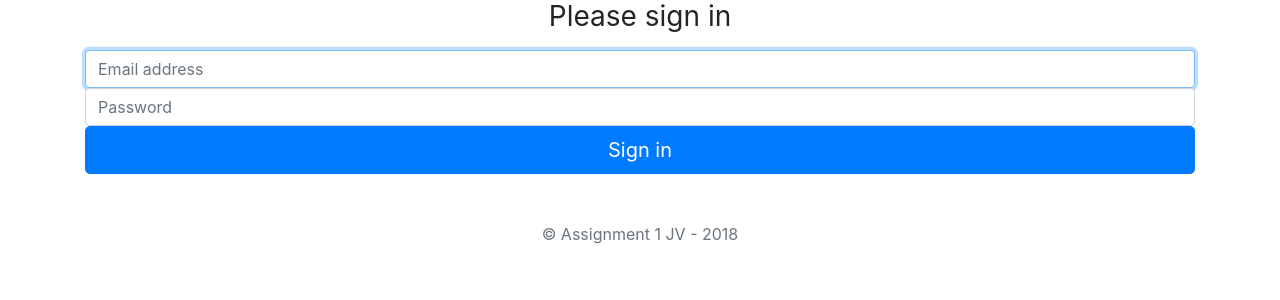
Repository: Yodilicious/PROG3060Assignment1
Page: http://localhost/PROG3060Assignment1JV/
An editor plug-in stored every save of this project. The page is shown before and after the next save, followed by the edit.
The browser window is 1280 px wide. The pictures show the whole page.
Some web libraries are served in a nearby version. The page is served by Tomcat 9. Other server files are loaded and not shown.

Above is the page before, as saved 2018-02-19 15:08:18.

### PROG3060Assignment1JV/WebContent/html/Login.jsp
<!--
 *  PROG3060
 *   @author Jodi Visser
 *   Assignment 1: JDBC Application using CanadaCensusDB
 *		Login.jsp
 *   	Date Created: February 16, 2018
-->


<%@ page language="java" contentType="text/html; charset=ISO-8859-1"
    pageEncoding="ISO-8859-1" %>
<!DOCTYPE html PUBLIC "-//W3C//DTD HTML 4.01 Transitional//EN" "http://www.w3.org/TR/html4/loose.dtd">
<html>
<head>
<meta charset="utf-8">
<meta name="viewport" content="width=device-width, initial-scale=1, shrink-to-fit=no">
<link rel="stylesheet" href="https://maxcdn.bootstrapcdn.com/bootstrap/4.0.0/css/bootstrap.min.css" integrity="sha384-Gn5384xqQ1aoWXA+058RXPxPg6fy4IWvTNh0E263XmFcJlSAwiGgFAW/dAiS6JXm" crossorigin="anonymous">
<link href="PROG3060Assignment1JV/css/signin.css" rel="stylesheet">
<title>Assignment 1 - Canada Census</title>
</head>
<body class="text-center">
    <div class="container">
	    <form class="form-signin" method="get" action="LoginProcess">
	      <h1 class="h3 mb-3 font-weight-normal">Please sign in</h1>
	      <label for="inputEmail" class="sr-only">Email address</label>
	      <input type="email" id="inputEmail" name="email" class="form-control" placeholder="Email address" required autofocus>
	      <label for="inputPassword" class="sr-only">Password</label>
	      <input type="password" id="inputPassword" name="password" class="form-control" placeholder="Password" required>
	      <button class="btn btn-lg btn-primary btn-block" type="submit">Sign in</button>
	      <p class="mt-5 mb-3 text-muted">&copy; Assignment 1 JV - 2018</p>
	    </form>
	</div>
	<script src="https://code.jquery.com/jquery-3.2.1.slim.min.js" integrity="sha384-KJ3o2DKtIkvYIK3UENzmM7KCkRr/rE9/Qpg6aAZGJwFDMVNA/GpGFF93hXpG5KkN" crossorigin="anonymous"></script>
	<script src="https://cdnjs.cloudflare.com/ajax/libs/popper.js/1.12.9/umd/popper.min.js" integrity="sha384-ApNbgh9B+Y1QKtv3Rn7W3mgPxhU9K/ScQsAP7hUibX39j7fakFPskvXusvfa0b4Q" crossorigin="anonymous"></script>
	<script src="https://cdnjs.cloudflare.com/ajax/libs/tether/1.4.0/js/tether.min.js" integrity="sha384-DztdAPBWPRXSA/3eYEEUWrWCy7G5KFbe8fFjk5JAIxUYHKkDx6Qin1DkWx51bBrb" crossorigin="anonymous"></script>
	<script src="https://maxcdn.bootstrapcdn.com/bootstrap/4.0.0/js/bootstrap.min.js" integrity="sha384-JZR6Spejh4U02d8jOt6vLEHfe/JQGiRRSQQxSfFWpi1MquVdAyjUar5+76PVCmYl" crossorigin="anonymous"></script>

</body>
</html>

### PROG3060Assignment1JV/src/prog3060/assignment1/jvisser/servlets/Login.java
/*
 *  PROG3060
 *   @author Jodi Visser
 *   Assignment 1: JDBC Web Application using CanadaCensusDB
 *		Login.java
 *   	Date Created: February 16, 2018
 */

package prog3060.assignment1.jvisser.servlets;

import java.io.IOException;

import javax.servlet.ServletException;
import javax.servlet.annotation.WebServlet;
import javax.servlet.http.HttpServlet;
import javax.servlet.http.HttpServletRequest;
import javax.servlet.http.HttpServletResponse;

@WebServlet("/")
public class Login extends HttpServlet {

	/**
	 *
	 */
	private static final long serialVersionUID = 1L;

	@Override
	protected void doGet(HttpServletRequest req, HttpServletResponse resp) throws ServletException, IOException {

		req.getRequestDispatcher("/html/Login.jsp").forward(req, resp);
	}
}

After the next save:
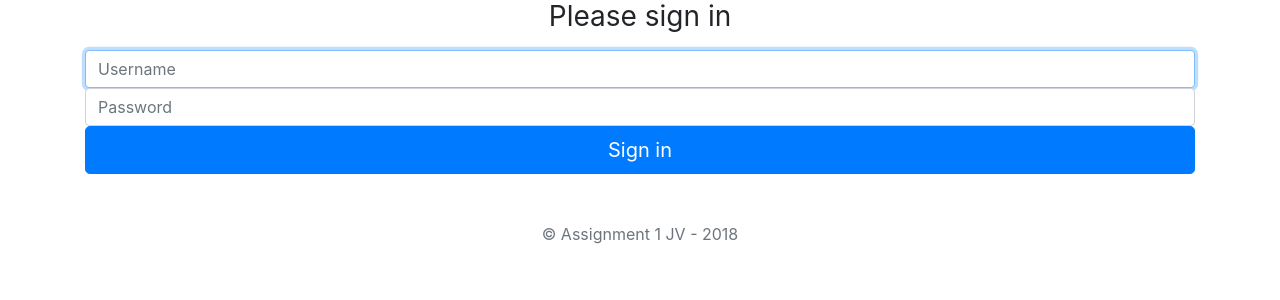
Saved 38 s later.
--- a/PROG3060Assignment1JV/WebContent/html/Login.jsp
+++ b/PROG3060Assignment1JV/WebContent/html/Login.jsp
@@ -23,7 +23,7 @@
 	    <form class="form-signin" method="get" action="LoginProcess">
 	      <h1 class="h3 mb-3 font-weight-normal">Please sign in</h1>
 	      <label for="inputEmail" class="sr-only">Email address</label>
-	      <input type="email" id="inputEmail" name="email" class="form-control" placeholder="Email address" required autofocus>
+	      <input type="text" id="inputEmail" name="email" class="form-control" placeholder="Username" required autofocus>
 	      <label for="inputPassword" class="sr-only">Password</label>
 	      <input type="password" id="inputPassword" name="password" class="form-control" placeholder="Password" required>
 	      <button class="btn btn-lg btn-primary btn-block" type="submit">Sign in</button>
